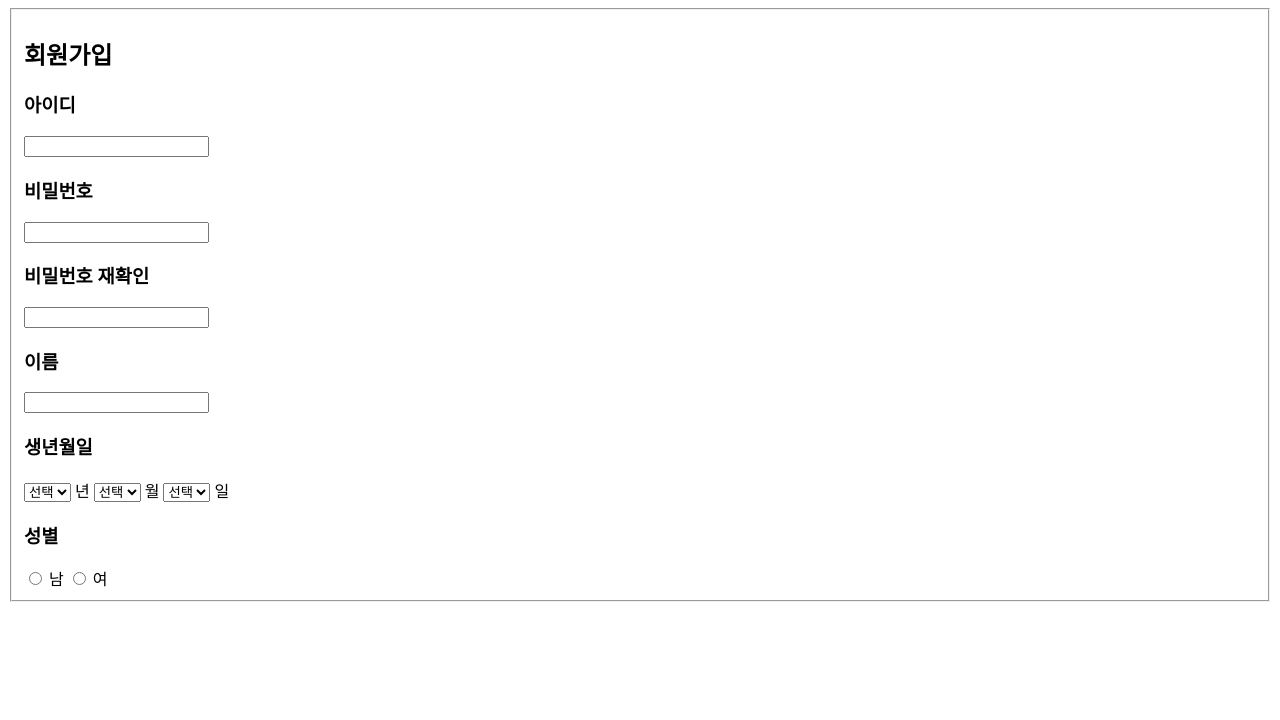
Repository: agheha/trillion
Page: YH/login/login.html
The author's editor kept a copy of each file at every save. The page is drawn from the files as they stood at one save, then again after the next save.
The browser window is 1280 px wide. The pictures show the whole page.

Above is the page before, as saved 2019-09-03 09:07:22.

After the next save:
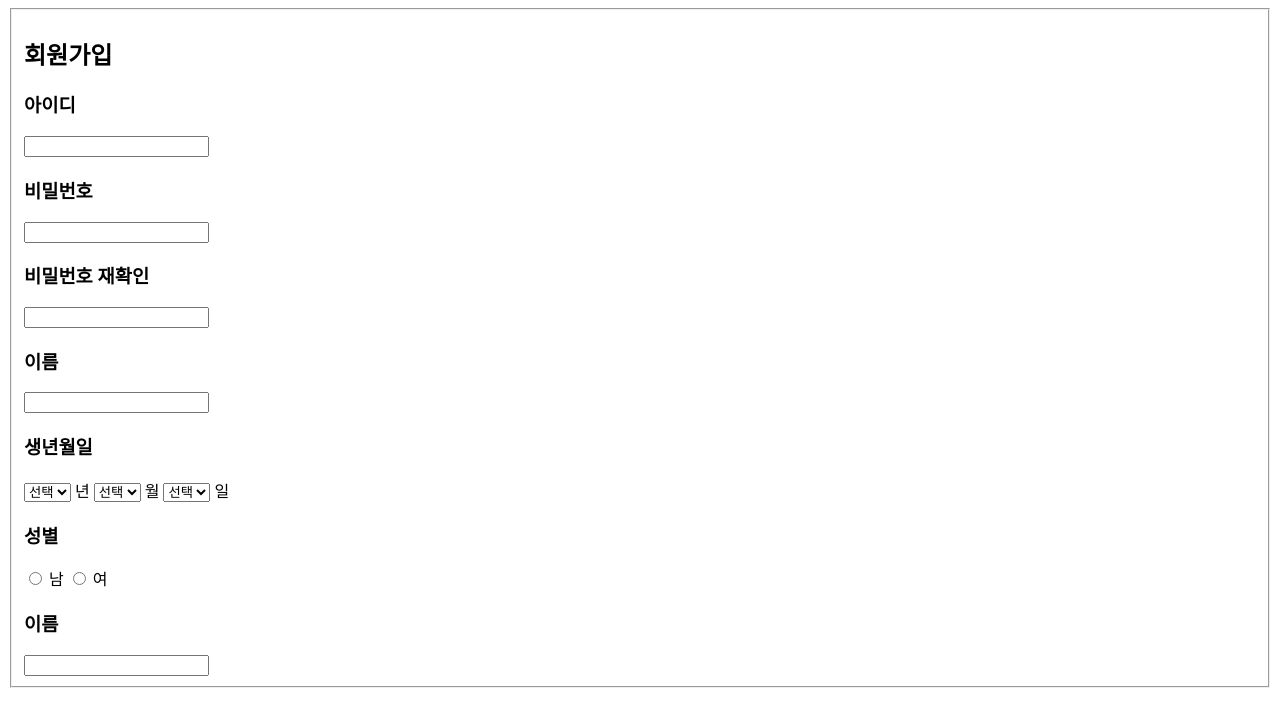
Saved 11 s later.
--- a/YH/login/login.html
+++ b/YH/login/login.html
@@ -44,7 +44,8 @@
                     <input type="radio" id="gen2"name="gender" value="1">
                     <label for="gen2">여</label>
                 </div>
-
+                <h3>이름</h3>
+                <div><input type="password" name="name"></div>
         </fieldset>
     </form>
 </body>
